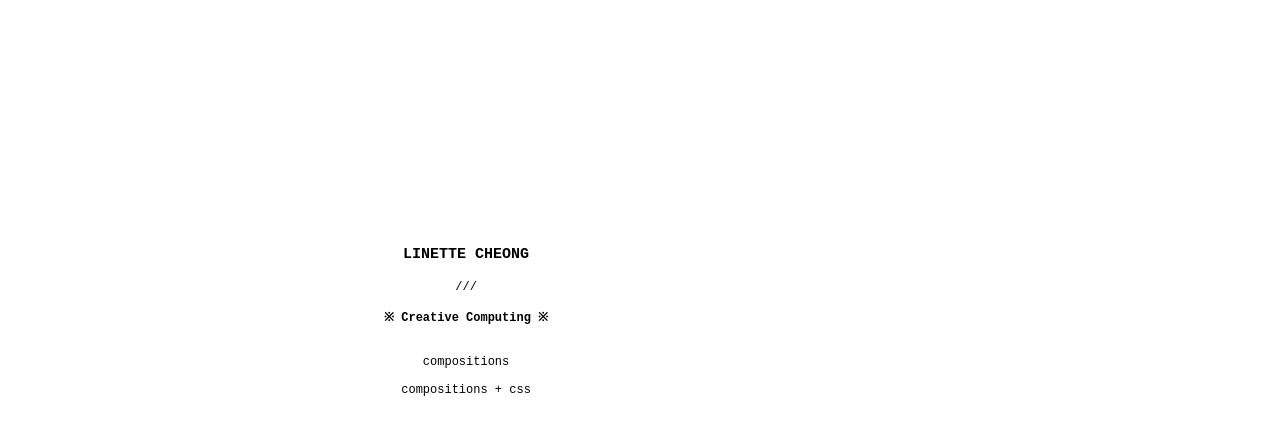
Repository: Nnetterz/Nnetterz.github.io
Page: index.html
The author's editor kept a record of every edit. The page is drawn from the files as they stood at one moment, then again after the next edit.
The browser window is 1280 px wide. The pictures show the whole page.

Above is the page before.

### index.html
<!DOCTYPE html>
<html>
    <head>
        <title>Creative Computing</title>
        <link href="style.css" rel="stylesheet">
    </head>
    <body>
<div class="wrapper">

    <div class="headerone">
        <b>Linette Cheong</b><br><br></div>
    <div class="midheader">
        ///<br><br></div>
    <div class="headertwo">
       <b>&#8251; Creative Computing &#8251;</b>
    </div>
    <div class="content">
        <a href="type1/index1.html">compositions</a><br><br>
        <a href="type2/index1.html">compositions + css</a><br><br>

     </div>
<div>

</div>





    </body>
</html>

### style.css
body {
    background-color: White;
    font-size: 12px;
    font-family: 'Andale Mono', AndaleMono, monospace;
    text-align: center;
    margin: 0;
    padding: 0;

}

.headerone {
    padding-top: 30px;
    text-transform: uppercase;
    font-size: 15px;
}

.wrapper{
    position:absolute;
    top: 30%;
    left: 30%;
}

.content {
     padding-top: 30px;
     font-family: 'Andale Mono', AndaleMono, monospace, black;
}

.one:hover {
    background-color: black;
}

a:link {
    color: black;
    text-decoration: none;
}

a:hover {
    color: #d3d3d3;
}

After the next edit:
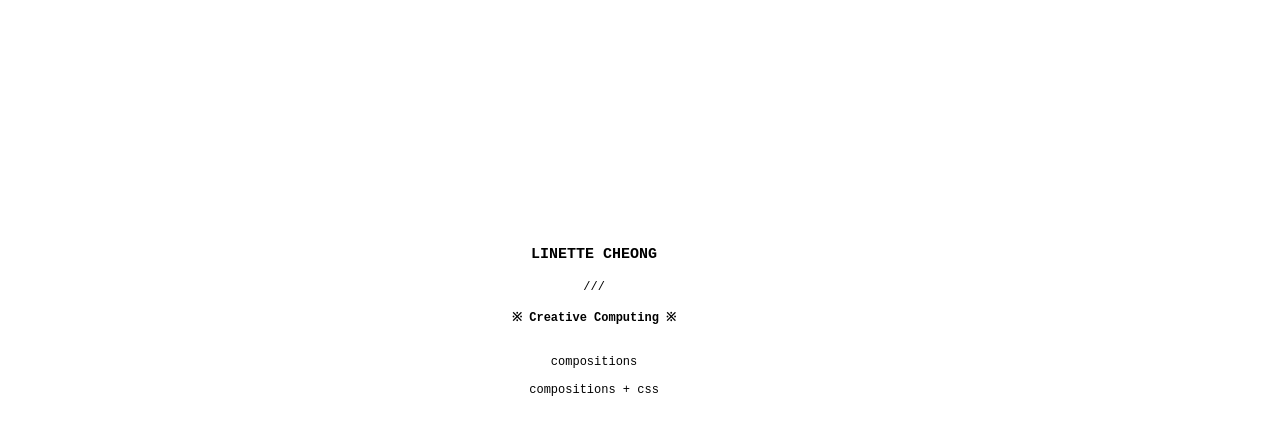
The edit:
--- a/style.css
+++ b/style.css
@@ -17,7 +17,7 @@
 .wrapper{
     position:absolute;
     top: 30%;
-    left: 30%;
+    left: 40%;
 }
 
 .content {
